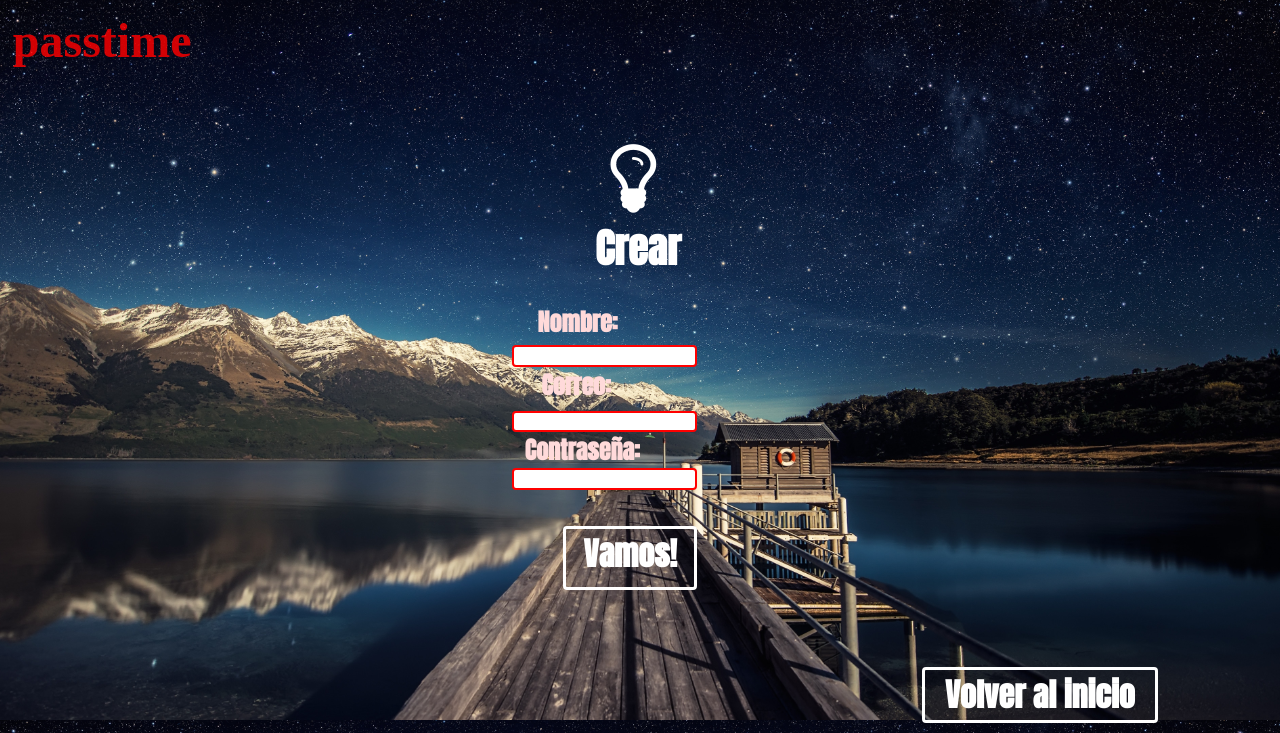
Repository: PassTimeOp/passtimeop.github.io
Page: signup.html
The author's editor kept a record of every edit. The page is drawn from the files as they stood at one moment, then again after the next edit.
The browser window is 1280 px wide. The pictures show the whole page.
Backgrounds fixed to the window are drawn as part of the page. Some web fonts or font styles are not loaded; a fallback is used.

Above is the page before.

### signup.html
<!DOCTYPE HTML>
<html>
    <head>
        <link type="text/css" rel="stylesheet" href="signupStyle.css"/>
        <link rel="stylesheet" href="font-awesome-4.7.0/css/font-awesome.min.css">
        <link href="https://fonts.googleapis.com/css?family=Anton|Arvo|Shrikhand" rel="stylesheet">
        <title>acceder | passtime</title>
    </head>

    <body>
        <h1 id="title">passtime</h1>

        <i class="fa fa-lightbulb-o fa-5x" aria-hidden="true"></i>

        <h1 id="acceder">Crear</h1>


        <div id="data">
            <h4 id="nombre">Nombre:</h4><input type="text" name="nombre">
            <h4 id="correo">Correo:</h4><input type="text" name="correo">
            <h4 id="pass">Contraseña:</h4><input type="password" name="psw">
        </div>

        <div class="buttons" id="vamos"><a href="Calendario/calendario.html" style="text-decoration: none"><h3>Vamos!</h3></a></div>
        <div class="buttons" id="volver"><a href="index.html" style="text-decoration: none"><h3>Volver al inicio</h3></a></div>
    </body>
</html>

### signupStyle.css
html, body{
  width: 100%;
  height: 100%;
  margin: 0;
  padding: 0;
}

body {
  background-image: url(signup.jpg);
  background-size: cover;
  background-position: center;
  width: 100%;
  height: 100%;
  background-repeat: no-repeat;
  background-attachment: fixed;
}

#title {
  font-family: 'Shrikhand', cursive;
  font-size: 300%;
  margin-top: 1%;
  margin-left: 1%;
  display: block;
  color: rgba(255, 0, 0, 0.82);
}

#acceder {
  font-family: 'Anton', sans-serif;
  color: #FFF;
  margin: 0% 0% 0% 46.5%;
  display: block;
  font-size: 250%;
}

i {
  margin: 3% 1% 0% 47.7%;
  color: #FFF;
  display: block;
}

input {
  display: inline-block;
  border-radius: 4px;
  border: 2px solid red;
  height: 20%;
  margin: 0%;
}

#data {
  margin: 2% 0% 0% 40%;
  height: 11%;
  width: 20%;
  display: inline-block;
}

h4 {
  font-size: 150%;
  font-family: 'Anton', sans-serif;
  color: #ffdada;
}

#nombre {
  display: block;
  margin: 0% 1% 2% 10%;
}


#correo {
  display: block;
  margin: 0% 1% 3% 11.5%;
}

#pass {
  display: block;
  margin: 0% 0% 0% 5%;
}


.buttons {
  border: 3px solid #FFF;
  border-radius: 4px;
}

h3 {
  font-family: 'Anton', sans-serif;
  margin: 0% 0% 0% 0%;
  text-align: center;
  font-size: 200%;
  color: #FFF;
}

#vamos {
  width: 10%;
  height: 8%;
  padding: 0%;
  display: block;
  margin: 3% 0% 0% 44%;
}

#volver {
  width: 18%;
  height: 7%;
  padding: 0%;
  margin: 6% 0% 0% 72%;
  display: block;
}

Loaded but not shown: font-awesome-4.7.0/css/font-awesome.min.css (library)

After the next edit:
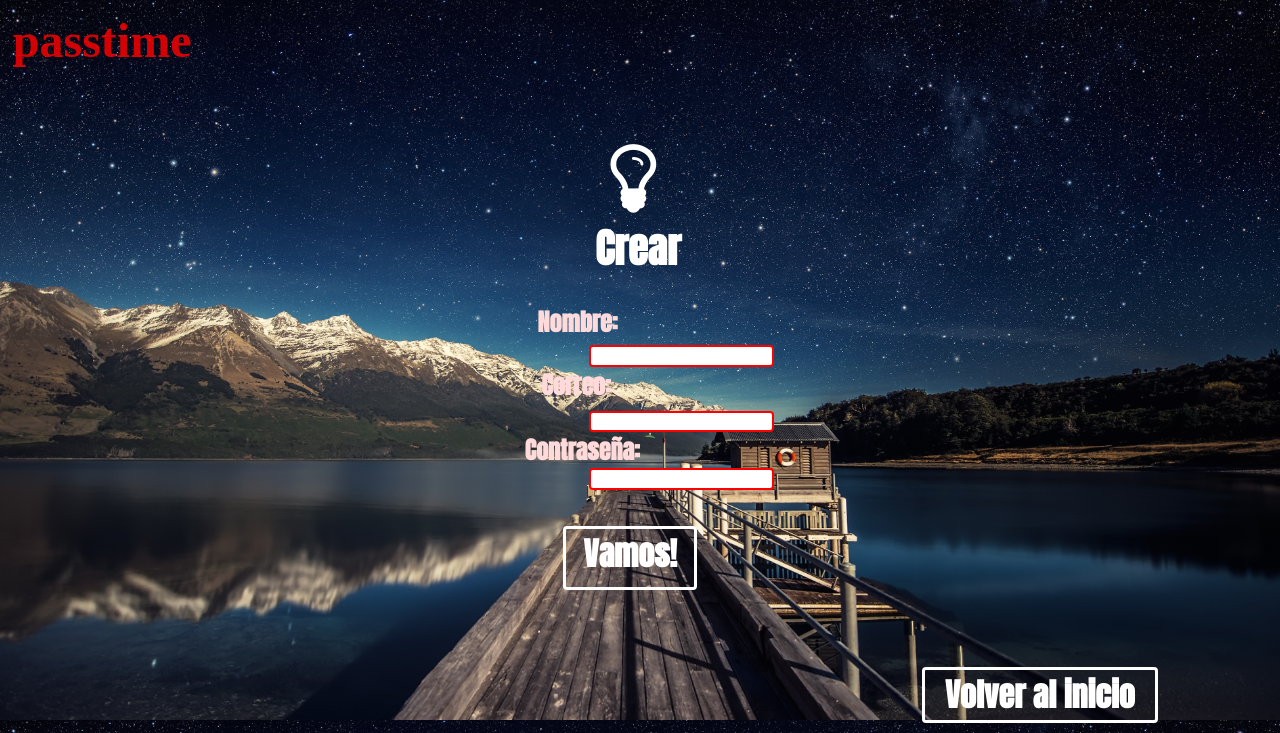
The edit:
--- a/signupStyle.css
+++ b/signupStyle.css
@@ -43,7 +43,7 @@
   border-radius: 4px;
   border: 2px solid red;
   height: 20%;
-  margin: 0%;
+  margin: 0% 0% 0% 30%;
 }
 
 #data {
